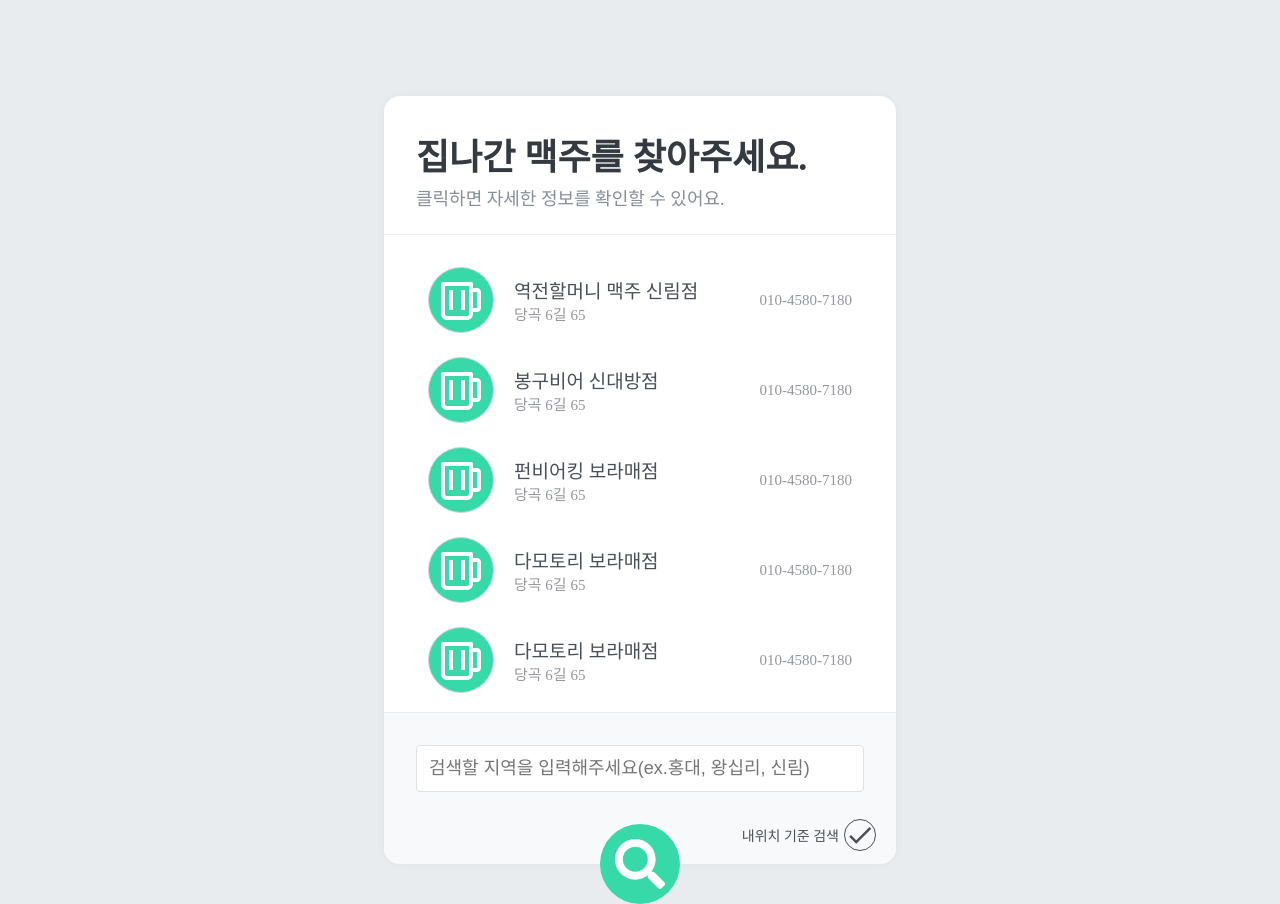
Repository: THE-SOPT-WEB/kimNamjun
Page: / (app in week4/bring-my-beer/)
These files come from the project's save history. The page is drawn as it stood at one moment and after the next save; the edit follows.
The browser window is 1280 px wide. The pictures show the whole page.
An inner scrolling area shows only its first screen. The project was rebuilt for these pictures with package versions that can differ from the ones it lists, and the page was loaded fresh each time.

Above is the page before, as saved 2022-05-13 02:59:17.

After the next save:
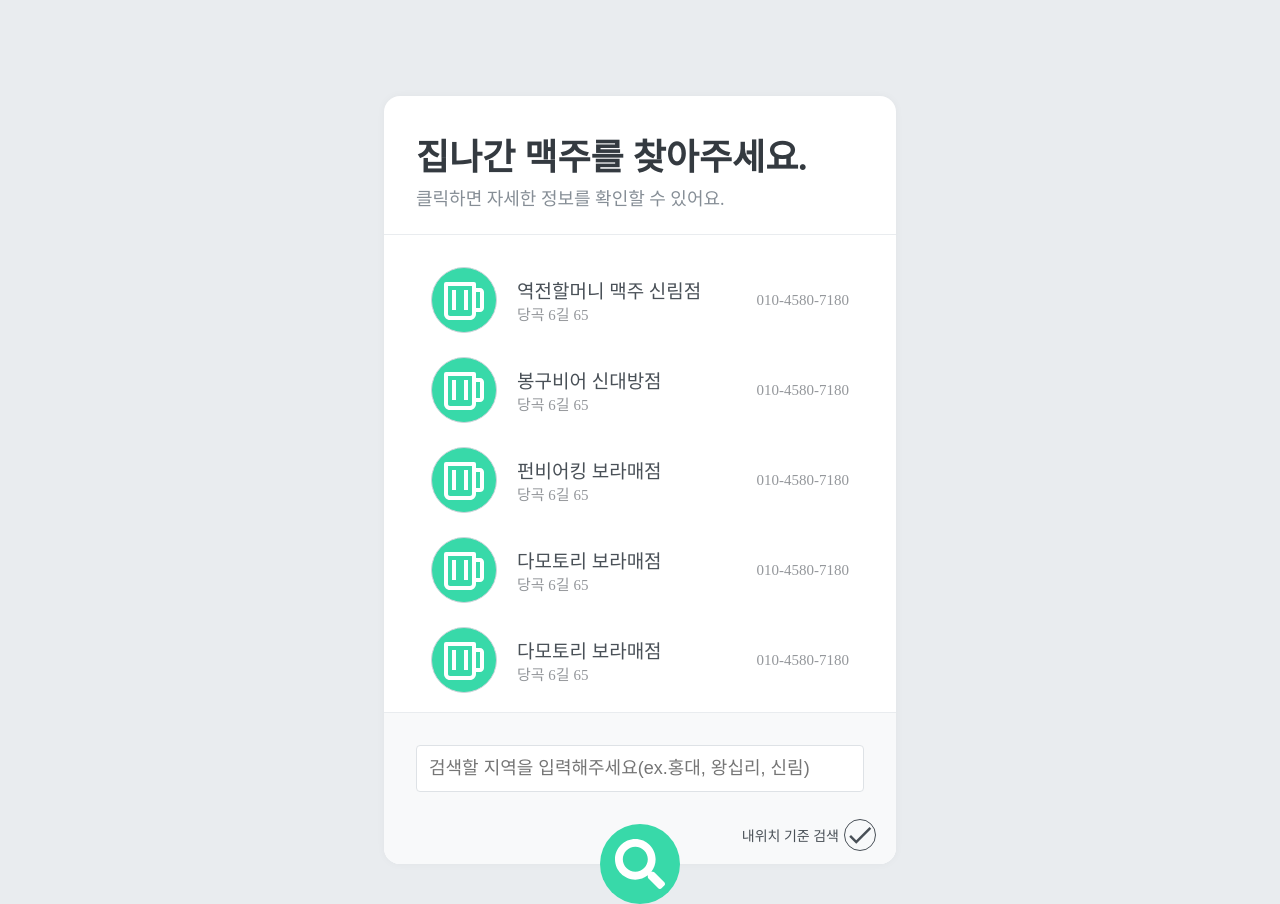
Saved 23 s later.
--- a/week4/bring-my-beer/src/components/Item.jsx
+++ b/week4/bring-my-beer/src/components/Item.jsx
@@ -5,7 +5,7 @@ import { BiBeer } from 'react-icons/bi';
 const ItemBlock = styled.div`
   display: flex;
   align-items: center;
-  padding: 12px;
+  padding: 12px 15px;
   border-radius:10px;
   transition: 0.25s all ease-in;
   cursor: pointer;
